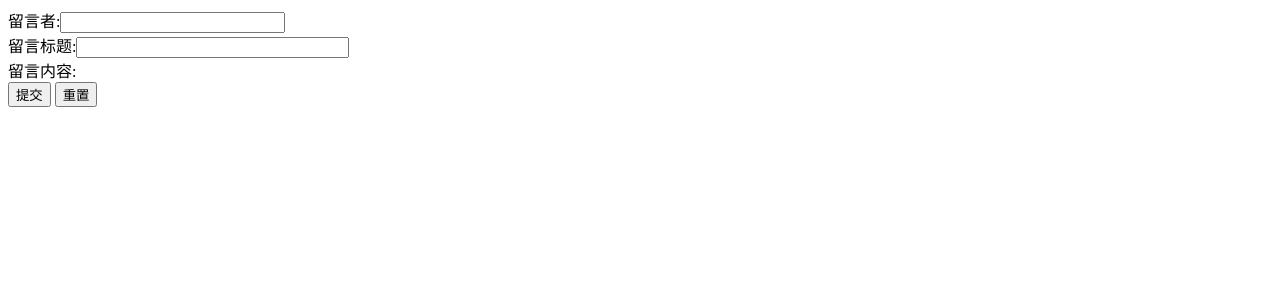
Repository: wikelgc/JSP
Page: http://localhost/messageBoard/MyJsp.jsp
These files come from the project's save history. The page is drawn as it stood at one moment and after the next save; the edit follows.
The browser window is 1280 px wide. The pictures show the whole page.
The page is served by Tomcat 9.

Above is the page before, as saved 2015-06-03 08:24:17.

After the next save:
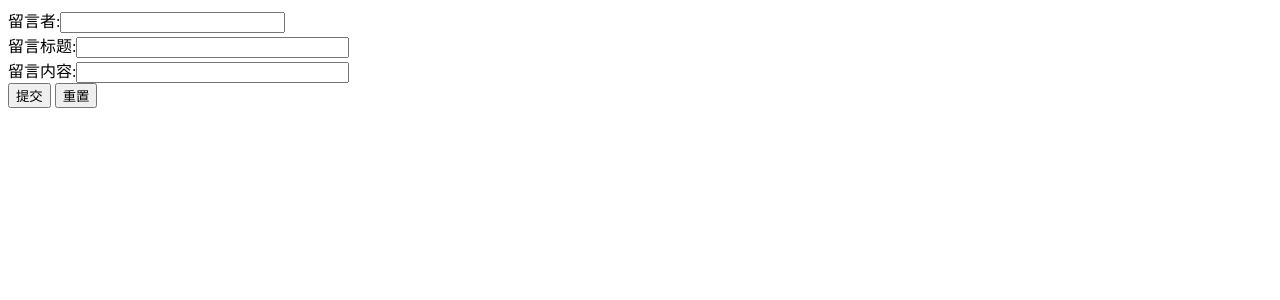
Saved 32 s later.
--- a/messageBoard/WebRoot/MyJsp.jsp
+++ b/messageBoard/WebRoot/MyJsp.jsp
@@ -26,7 +26,7 @@ String basePath = request.getScheme()+"://"+request.getServerName()+":"+request.
   <form action = "addWord" method = "post">
   	留言者:<input type = "text" name = "name" size = "25"><br>
   	留言标题:<input type = "text" name = "title" size = 31><br>
-  	留言内容:<inout type = "text" name = "message" size = "31" ><br>
+  	留言内容:<input type = "text" name = "message" size = "31" ><br>
   	<input type  = "reset" value = "提交">
   	<input type = "submit" value = "重置">
   </form>
